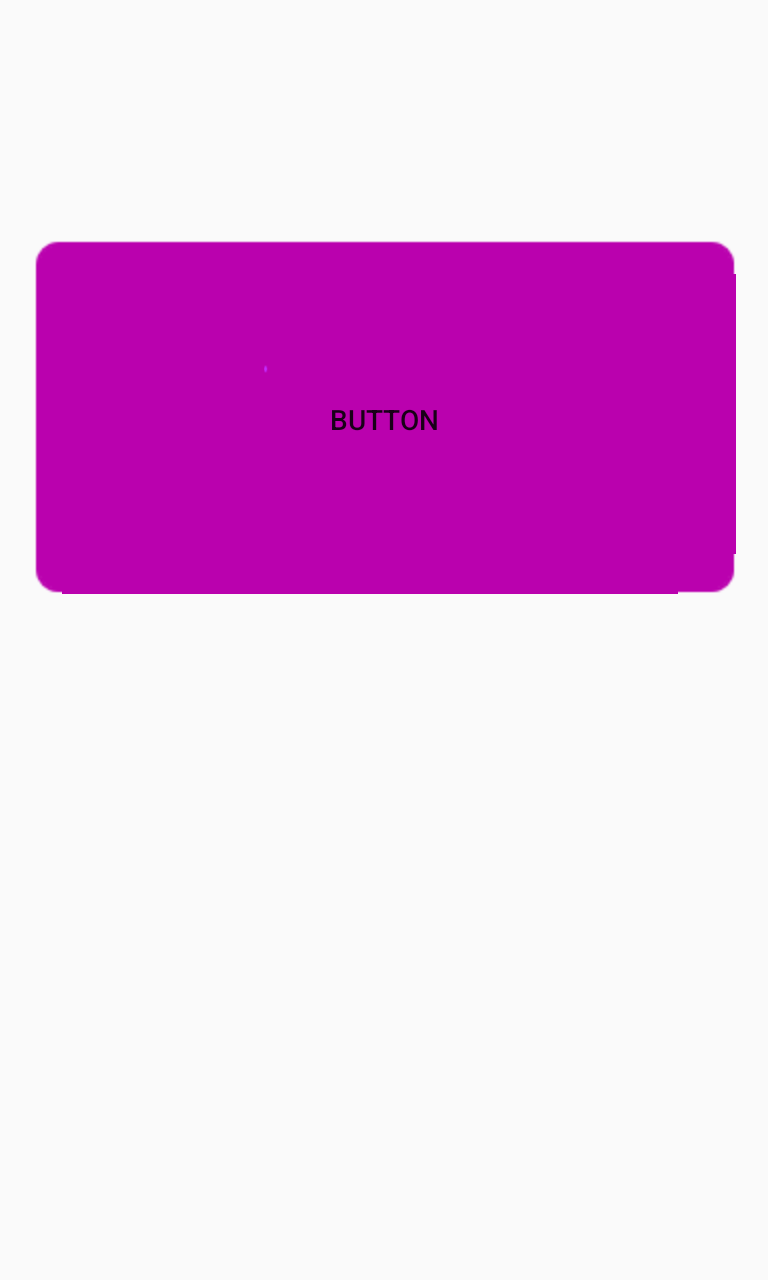
Repository: vipinvkamara/Database
Layout: Data/res/layout/activity_main.xml
An editor plug-in stored every save of this project. The layout is shown before and after the next save, followed by the edit.
It is drawn on a 768 x 1280 px phone screen (xhdpi) without system bars, with theme AppTheme; the app's code is not run.

Above is the layout before, as saved 2015-02-12 08:07:05.

### Data/res/layout/activity_main.xml
<RelativeLayout xmlns:android="http://schemas.android.com/apk/res/android"
    xmlns:tools="http://schemas.android.com/tools"
    android:layout_width="match_parent"
    android:layout_height="match_parent"
    android:paddingBottom="@dimen/activity_vertical_margin"
    android:paddingLeft="@dimen/activity_horizontal_margin"
    android:paddingRight="@dimen/activity_horizontal_margin"
    android:paddingTop="@dimen/activity_vertical_margin"
    tools:context="com.example.data.MainActivity" >

    <Button
        android:id="@+id/button1"
        android:layout_width="wrap_content"
        android:layout_height="wrap_content"
        android:layout_alignParentTop="true"
        android:layout_marginTop="103dp"
        android:background="@drawable/selector"
        android:text="@string/button" />

</RelativeLayout>

### Data/res/drawable/selector.xml
<?xml version="1.0" encoding="utf-8"?>
<selector xmlns:android="http://schemas.android.com/apk/res/android">

    <item android:drawable="@drawable/blue" android:state_pressed="true"></item>
    <item android:drawable="@drawable/red"></item>


</selector>

### Data/res/values/strings.xml
<?xml version="1.0" encoding="utf-8"?>
<resources>

    <string name="app_name">Data</string>
    <string name="hello_world">Hello world!</string>
    <string name="action_settings">Settings</string>
    <string name="button">Button</string>

</resources>

Loaded but not shown: Data/res/values/styles.xml (common file); Data/res/values-v11/styles.xml (common file); Data/res/values-v14/styles.xml (common file); Data/res/values/dimens.xml (common file); Data/res/values-w820dp/dimens.xml (common file)

After the next save:
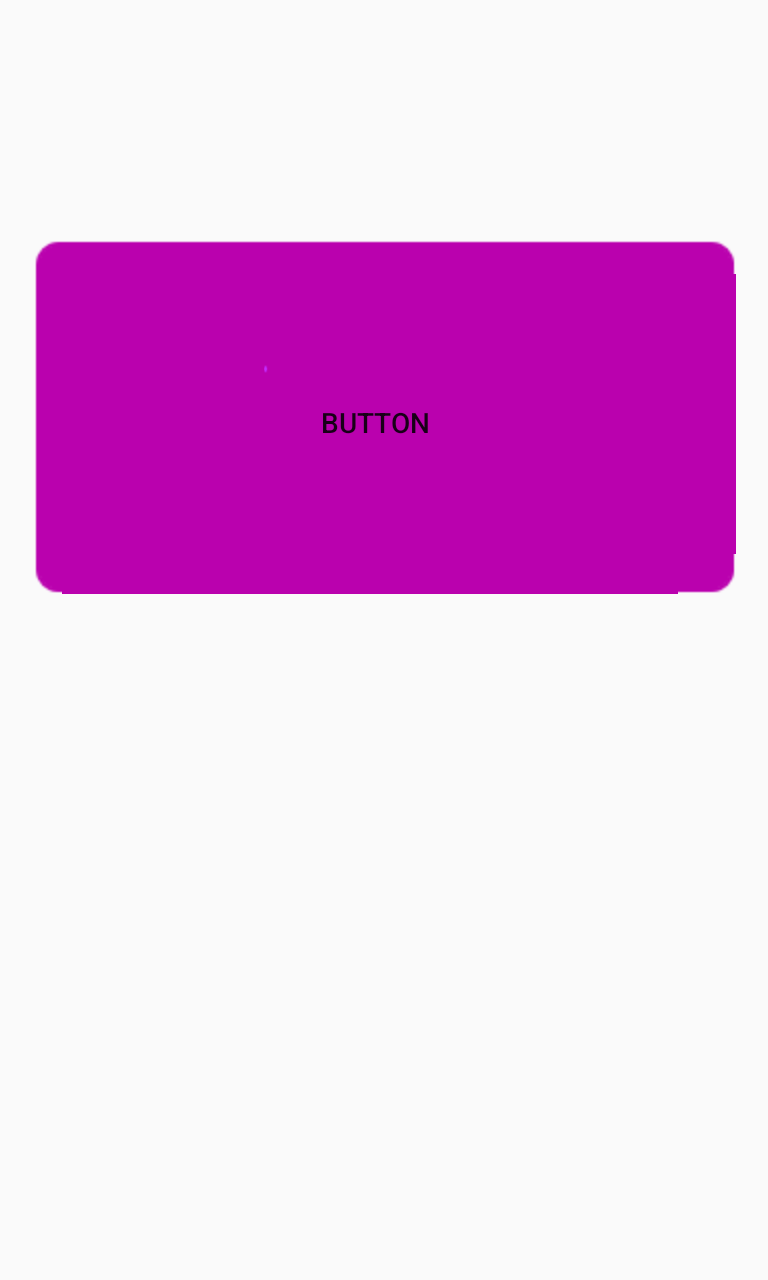
Saved 9 min 23 s later.
--- a/Data/res/drawable/selector.xml
+++ b/Data/res/drawable/selector.xml
@@ -1,7 +1,7 @@
 <?xml version="1.0" encoding="utf-8"?>
 <selector xmlns:android="http://schemas.android.com/apk/res/android">
 
-    <item android:drawable="@drawable/blue" android:state_pressed="true"></item>
+    <item android:drawable="@drawable/dd" android:state_pressed="true"></item>
     <item android:drawable="@drawable/red"></item>
 
 
